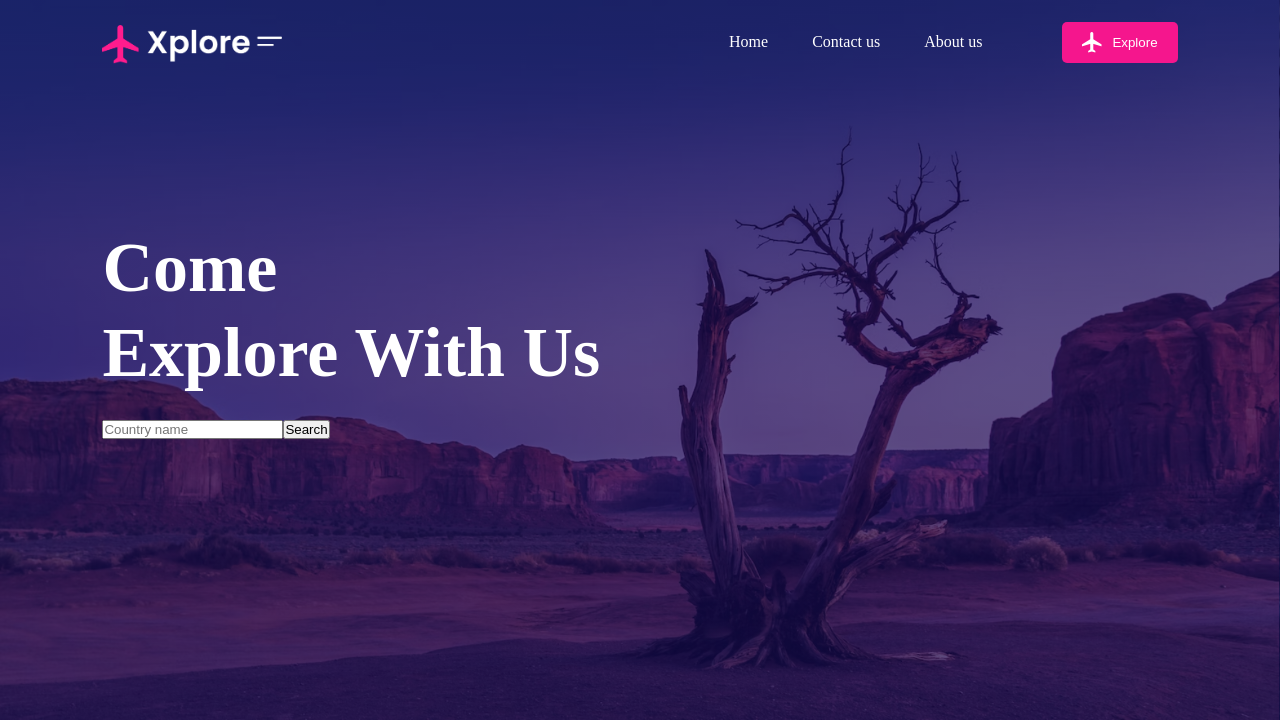
Repository: Aanchal26081/Task-2
Page: index.html
These files come from the project's save history. The page is drawn as it stood at one moment and after the next save; the edit follows.
The browser window is 1280 px wide. The pictures show the whole page.

Above is the page before, as saved 2024-06-03 10:01:45.

After the next save:
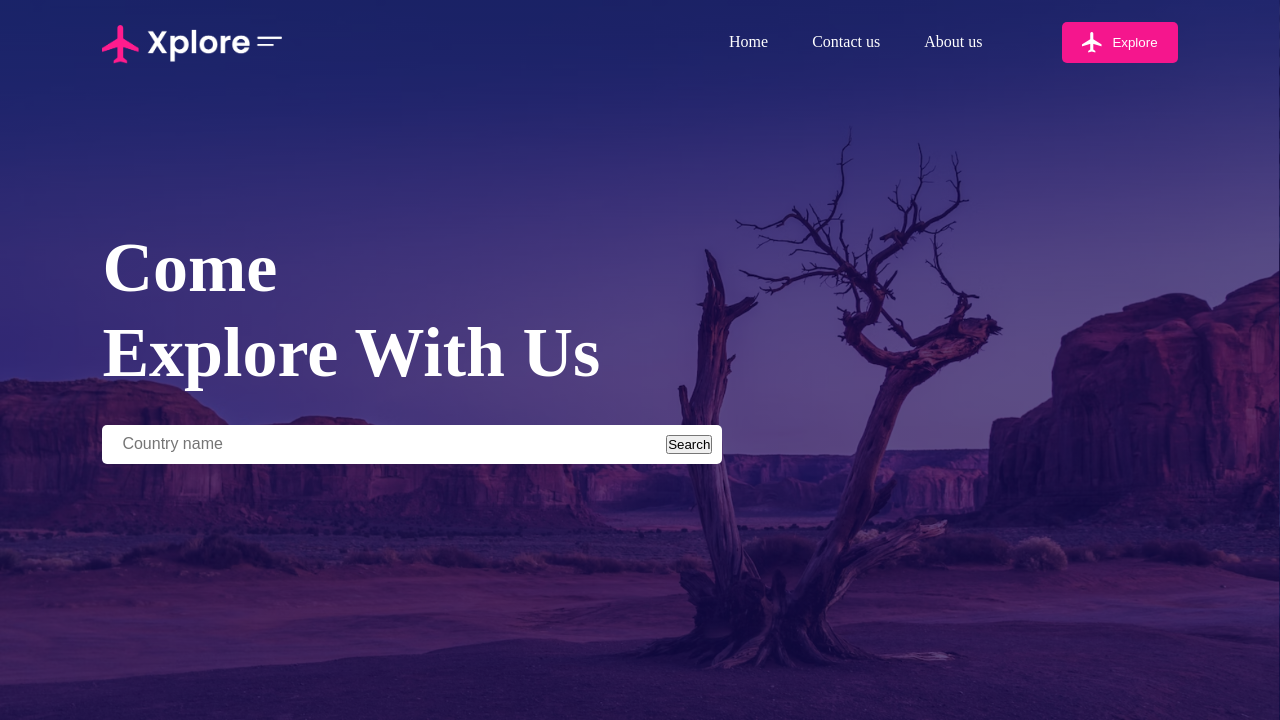
Saved 2 min 15 s later.
--- a/main.css
+++ b/main.css
@@ -65,4 +65,16 @@ nav ul li a{
 }
 .content form{
     display: flex;
+    align-items: center;
+    background: #fff;
+    border-radius: 5px;
+    padding: 10px;
+    margin-top: 30px;
 }
+.content form input{
+    border: 0;
+    outline: 0;
+    width: 100%;
+    font-size: 16px;
+    padding-left: 10px;
+}
